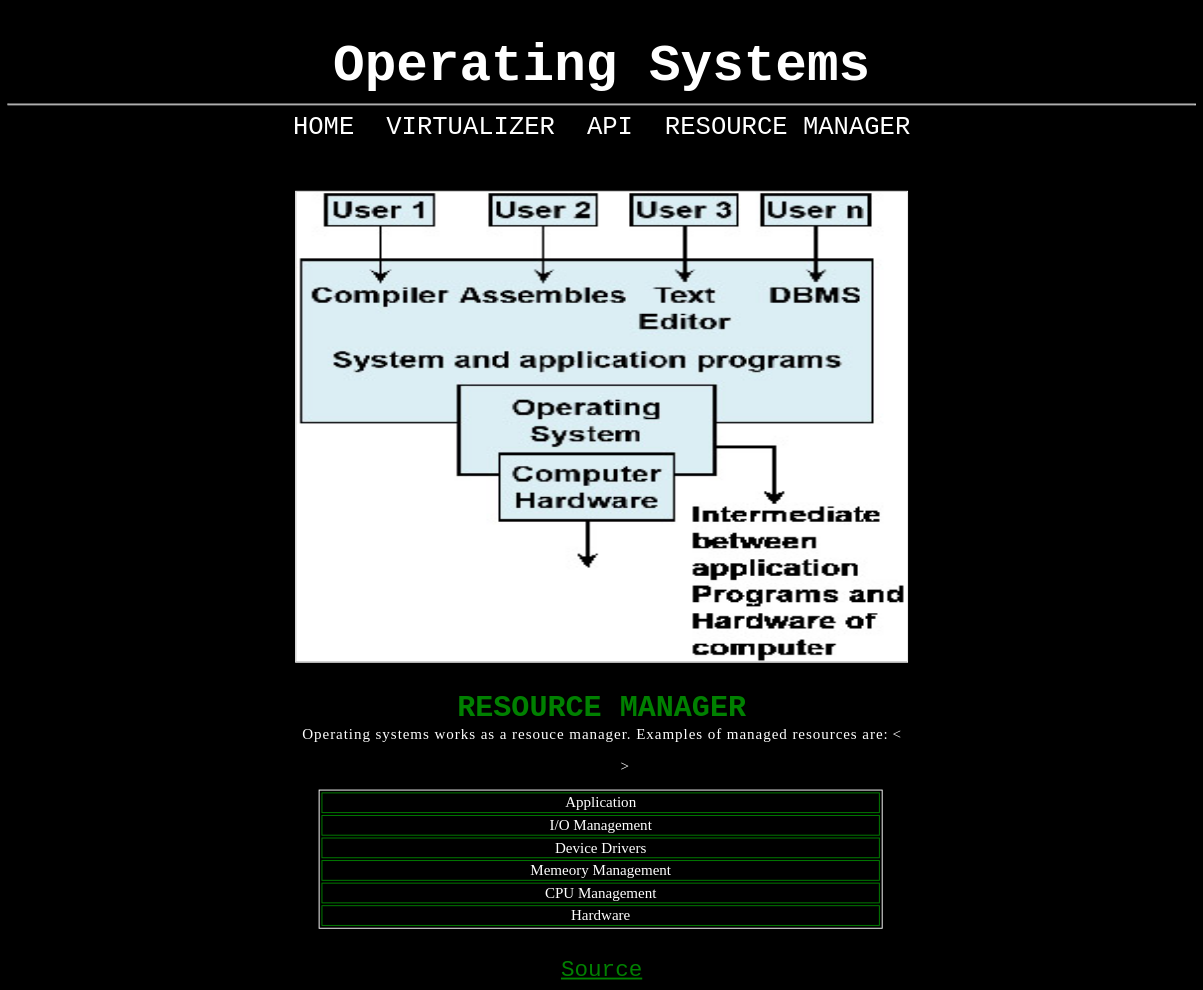
Repository: ctm93/web2
Page: http://localhost/page4.php
The author's editor kept a record of every edit. The page is drawn from the files as they stood at one moment, then again after the next edit.
The browser window is 1280 px wide. The pictures show the whole page, at 94% of full size.
Some web fonts or font styles are not loaded; a fallback is used. The page is run by PHP 8.4 with error messages shown; the project is at /var/www/html/.

Above is the page before.

### page4.php

<!DOCTYPE html>
<html>
    <head>
        <meta charset="utf-8">
        <title>Operating Systems</title>
        <link  href="css/style.css" rel="stylesheet">
        <link href="https://fonts.googleapis.com/css?family=Pacific" rel="stylesheet">
    </head>
    <body>
        <header>
           <h1> Operating Systems </h1>
        </header><hr />
        <nav>
            <a href="page1.html">HOME</a>
            <a href="page2.html">VIRTUALIZER</a>
            <a href="page3.html">API</a>
            <a href="page4.html">RESOURCE MANAGER</a>
        </nav>
         <br /><br />



         <main>
            <div>


            <figure>
                <img id="page1pic" src="img/rs.jpg" alt="Picture of resource" width="100" height="500">
            </figure>


                <h2>RESOURCE MANAGER</h2>

                <p2>Operating systems works as a resouce manager. Examples of managed resources are:</p2>

                <<p class ="p3">>
                <table>
                      <tr><td>Application</td></tr>
                      <tr><td>I/O Management</td></tr>
                      <tr><td>Device Drivers</td></tr>
                      <tr><td>Memeory Management</td></tr>
                      <tr><td>CPU Management</td></tr>
                      <tr><td>Hardware</td></tr>
                </table>
                </p3>





            </div>
        </main>




        <footer>

            <a href="http://cdn.wagmob.com/subject/G126/html/operating00system00overview_1.html">Source</a>

        </footer>
    </body>

     </html>

### css/style.css

    body {
        background-color: black;
        color: white;
        text-align: left;
    }

    header, main, nav, footer {
        text-align: center;
    }

    nav a {
        padding:15px;
        padding-bottom:4px;
        font-size: 1.7em;
        color: white;
        text-decoration: none;
    }

    nav a:hover {  /*pseudo class*/

         color: green;
         transition: .9s;
    }

    main {
        display: flex;
        justify-content: center;
    }

    div {
          text-align: center;
        }

    p {
      text-indent: 50px;
      text-align: center;
      letter-spacing: 1px;
    }

    .p1 {
      text-indent: 110px;
      text-align: center;
      letter-spacing: 1px;
    }

        p2 {
      text-indent: 110px;
      text-align: center;
      letter-spacing: 1px;
    }


    ul {
        width:500px;
        margin: 0 auto;
        text-align: left;
        }

    .hobby {
        color: green;
        }

    h1{
        font-family: "Courier New", Courier, monospace;
        font-size: 3.5em;
        margin-bottom: 0px;
        }

    h2{
        font-family: "Courier New", Courier, monospace;
        font-size: 2em;
        margin-bottom: 0px;
        color: green;
        }

    h3{
        font-family: "Courier New", Courier, monospace;
        font-size: 1.5em;
        margin-bottom: 45px;
    }

    table {
          table-layout: fixed;
          width: 600px;
          border: 1px solid white;
          margin-left: 65px;

        }

    td {
          border: 1px solid green;
          overflow: hidden;
          white-space: nowrap;
          text-overflow: ellipsis;
        }

    img {
           width:650px;
           border:1px solid white;
        }

    a{
        padding:15px;
        padding-bottom:4px;
        font-size: 1.5em;
        color: green;
        font-family: "Courier New", Courier, monospace;
        text-decoration: underline;
    }

    a:hover {  /*pseudo class*/

         color: white;
         transition: .9s;
    }

    footer{
        margin-top: 30px;
    }

      p3 {
      text-indent: 0px;
      text-align: center;
      letter-spacing: 1px;
    }

After the next edit:
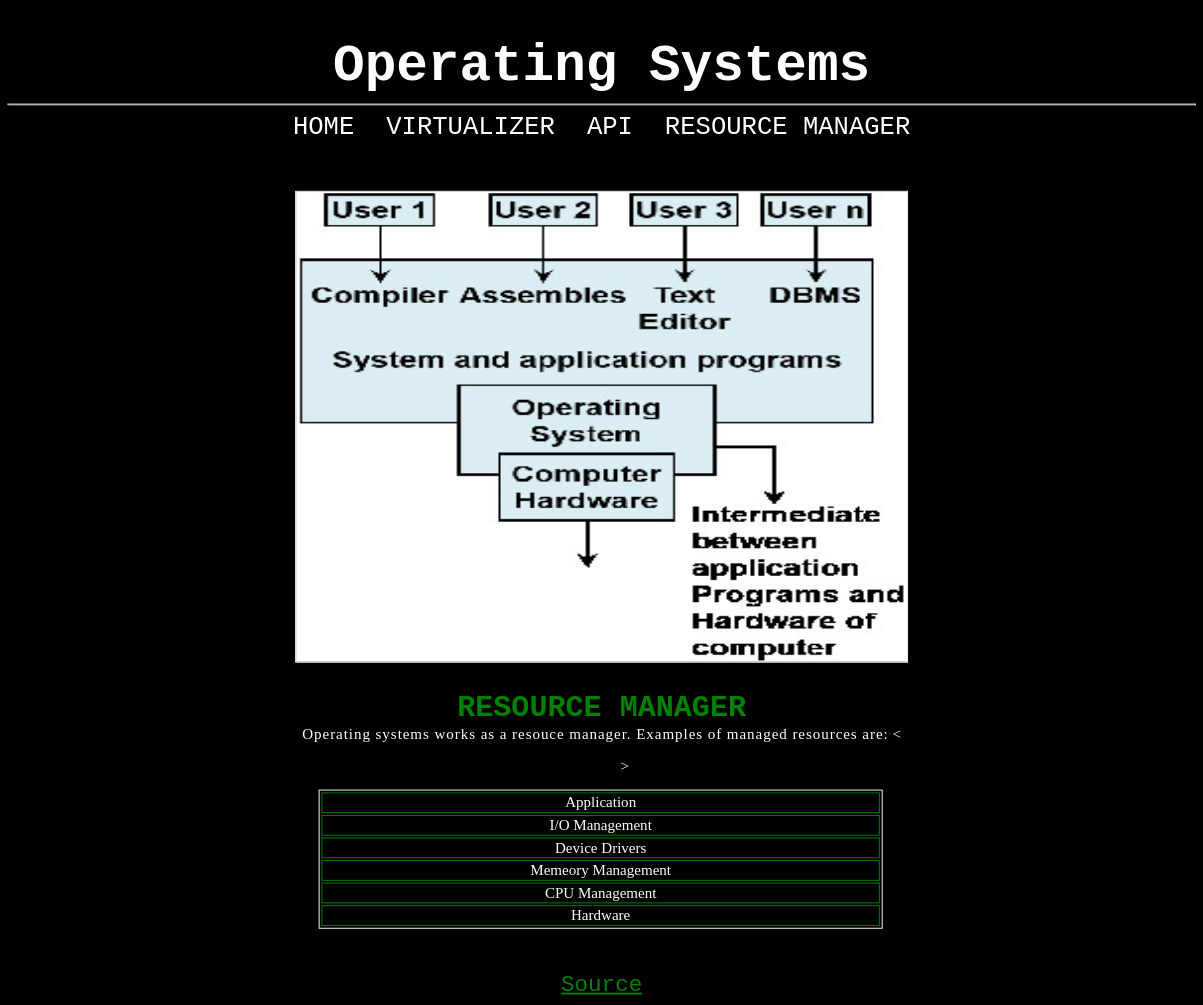
The edit:
--- a/page4.php
+++ b/page4.php
@@ -43,7 +43,7 @@
                       <tr><td>CPU Management</td></tr>
                       <tr><td>Hardware</td></tr>
                 </table>
-                </p3>
+                </p>
 
 
 
